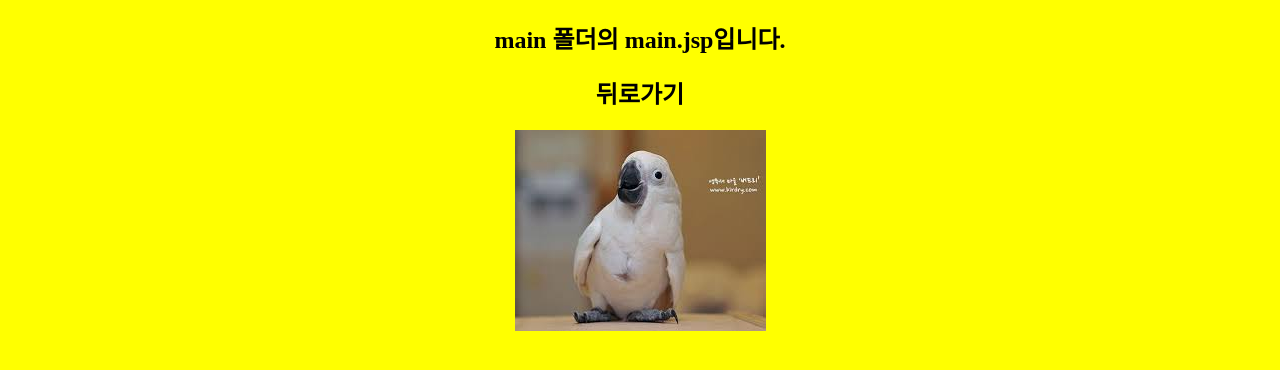
Repository: jim698/Practice
Page: http://localhost/ch08_mvc/main
An editor plug-in stored every save of this project. The page is shown before and after the next save, followed by the edit.
The browser window is 1280 px wide. The pictures show the whole page.
The page is served by Tomcat 9. Other server files are loaded and not shown.

Above is the page before, as saved 2020-03-27 06:43:25.

### ch08_mvc/src/main/webapp/WEB-INF/views/main/main.jsp
<%@ page language="java" contentType="text/html; charset=UTF-8"
    pageEncoding="UTF-8"%>
<%@ taglib prefix="c" uri="http://java.sun.com/jsp/jstl/core" %>
<c:set var="conPath" value="${pageContext.request.contextPath }"/>
<!DOCTYPE html>
<html>
<head>
<meta charset="UTF-8">
<title>Insert title here</title>
<link href="${conPath }/css/style.css" rel="stylesheet">
</head>
<body>
	<h2>main 폴더의 main.jsp입니다.</h2>
	<h2><span onclick="history.back()">뒤로가기</span></h2>
	<img src="${conPath }/img/parrot.jpg" alt="앵무새">
</body>
</html>

### ch08_mvc/src/main/webapp/css/style.css
@charset "UTF-8";
body{
	background-color: yellow;
	text-align:center;
}

After the next save:
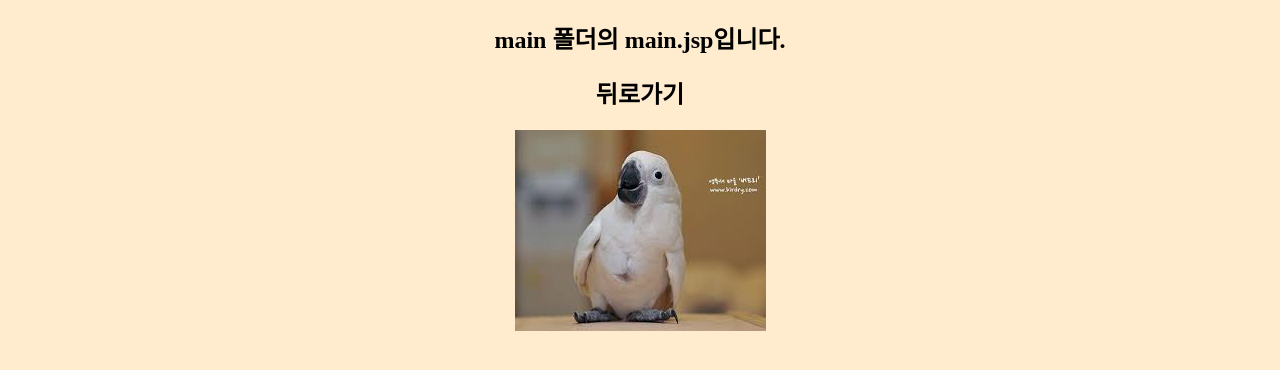
Saved 92 s later.
--- a/ch08_mvc/src/main/webapp/css/style.css
+++ b/ch08_mvc/src/main/webapp/css/style.css
@@ -1,5 +1,5 @@
 @charset "UTF-8";
 body{
-	background-color: yellow;
+	background-color: blanchedalmond;
 	text-align:center;
 }
